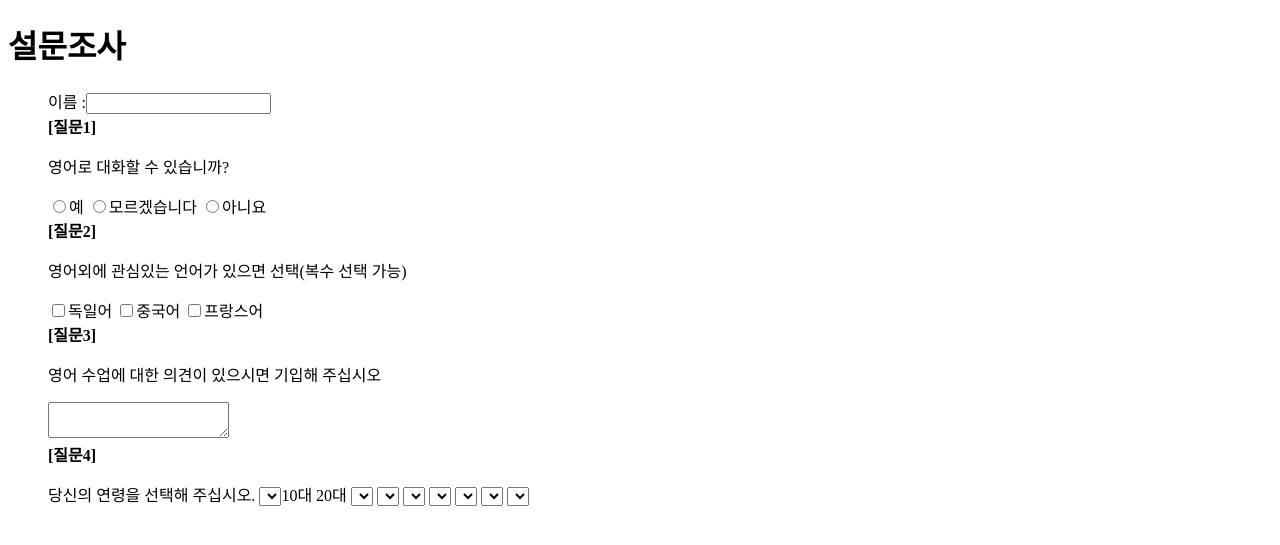
Repository: Jv2020/bitcamp
Page: html/sample05/WebContent/test02.html
These files come from the project's save history. The page is drawn as it stood at one moment and after the next save; the edit follows.
The browser window is 1280 px wide. The pictures show the whole page.

Above is the page before, as saved 2020-01-03 07:30:00.

### html/sample05/WebContent/test02.html
<!DOCTYPE html>
<html>
<head>
<meta charset="UTF-8">
<title>Insert title here</title>

<style>
em {display:block; font-weight:bold; font-style:normal;}
ul li {list-style:none;}
</style>
</head>
<body>

<h1>설문조사</h1>
<form>
	<ul>
		<li><span>이름 :</span><input type="text"></li>
		<li><em>[질문1]</em></li>
		<li><p>영어로 대화할 수 있습니까?</p></li>
		<li>
			<input type="radio" name="english" value="예" ><span>예</span>
			<input type="radio" name="english" value="모르겠습니다" ><span>모르겠습니다</span>
			<input type="radio" name="english" value="아니요" ><span>아니요</span>
		<li>
		<li><em>[질문2]</em></li>
		<li><p>영어외에 관심있는 언어가 있으면 선택(복수 선택 가능)</p></li>
		<li>
			<input type="checkbox" value="예" ><span>독일어</span>
			<input type="checkbox" value="모르겠습니다" ><span>중국어</span>
			<input type="checkbox" value="아니요" ><span>프랑스어</span>
		<li>
		<li><em>[질문3]</em></li>
		<li><p>영어 수업에 대한 의견이 있으시면 기입해 주십시오</p></li>
		<li>
			<textarea></textarea>
		<li>
		<li><em>[질문4]</em></li>
		<li>
			<p>당신의 연령을 선택해 주십시오.
				<select>
					<select option="10대">10대</select>
					<option="20대">20대</option>
					<select option="30대">30대</select>
					<select option="40대">40대</select>
					<select option="50대">50대</select>
					<select option="60대">60대</select>
					<select option="70대">70대</select>
					<select option="80대">80대</select>
					<select option="90대">90대</select>
				</select>
			</p>
		</li>

	</ul>
</form>

</body>
</html>

After the next save:
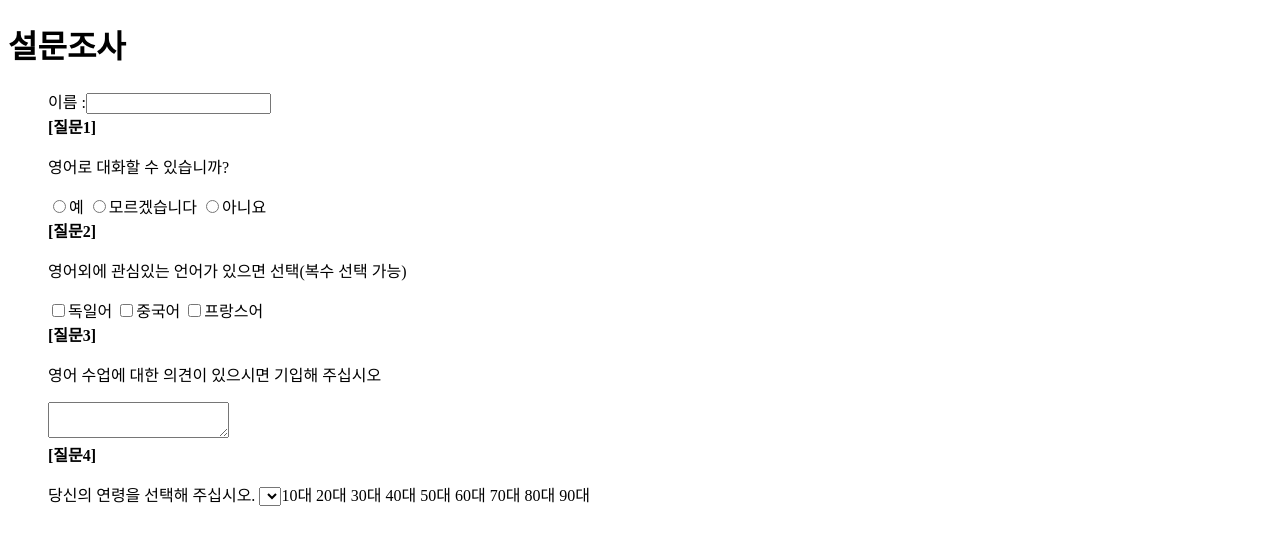
Saved 18 s later.
--- a/html/sample05/WebContent/test02.html
+++ b/html/sample05/WebContent/test02.html
@@ -40,13 +40,13 @@ ul li {list-style:none;}
 				<select>
 					<select option="10대">10대</select>
 					<option="20대">20대</option>
-					<select option="30대">30대</select>
-					<select option="40대">40대</select>
-					<select option="50대">50대</select>
-					<select option="60대">60대</select>
-					<select option="70대">70대</select>
-					<select option="80대">80대</select>
-					<select option="90대">90대</select>
+					<option="30대">30대</option>
+					<option="40대">40대</option>
+					<option="50대">50대</option>
+					<option="60대">60대</option>
+					<option="70대">70대</option>
+					<option="80대">80대</option>
+					<option="90대">90대</option>
 				</select>
 			</p>
 		</li>
